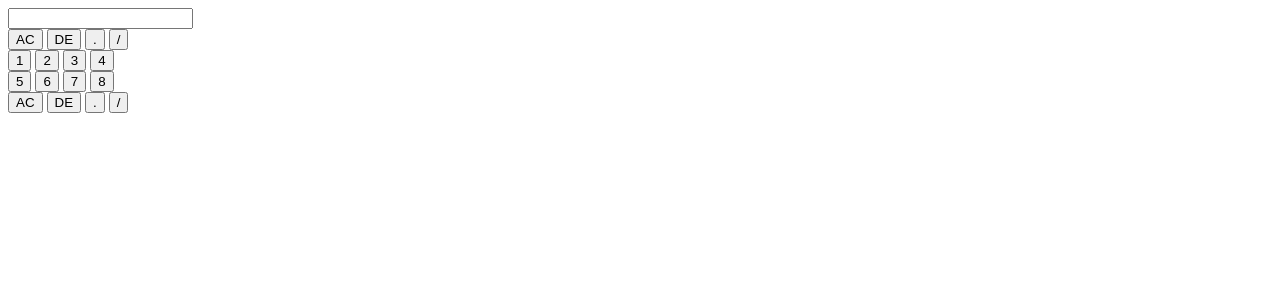
Repository: jerrys-arch/web-calculator
Page: indwx.html
These files come from the project's save history. The page is drawn as it stood at one moment and after a run of saves; the edit follows.
The browser window is 1280 px wide. The pictures show the whole page.

Above is the page before, as saved 2024-11-30 04:49:27.

After the next 5 saves:
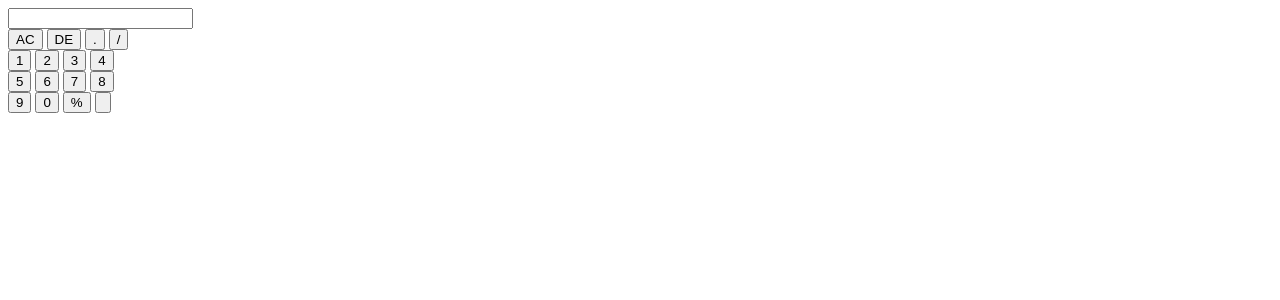
The 5 saves are shown as one change because they came seconds apart.
The last was saved 14 s later.
--- a/indwx.html
+++ b/indwx.html
@@ -30,10 +30,10 @@
                 <input type="button" value="8">
             </div>
             <div>
-                <input type="button" value="AC">
-                <input type="button" value="DE">
-                <input type="button" value=".">
-                <input type="button" value="/">
+                <input type="button" value="9">
+                <input type="button" value="0">
+                <input type="button" value="%">
+                <input type="button" value="">
             </div>
         </div>
     </div>
